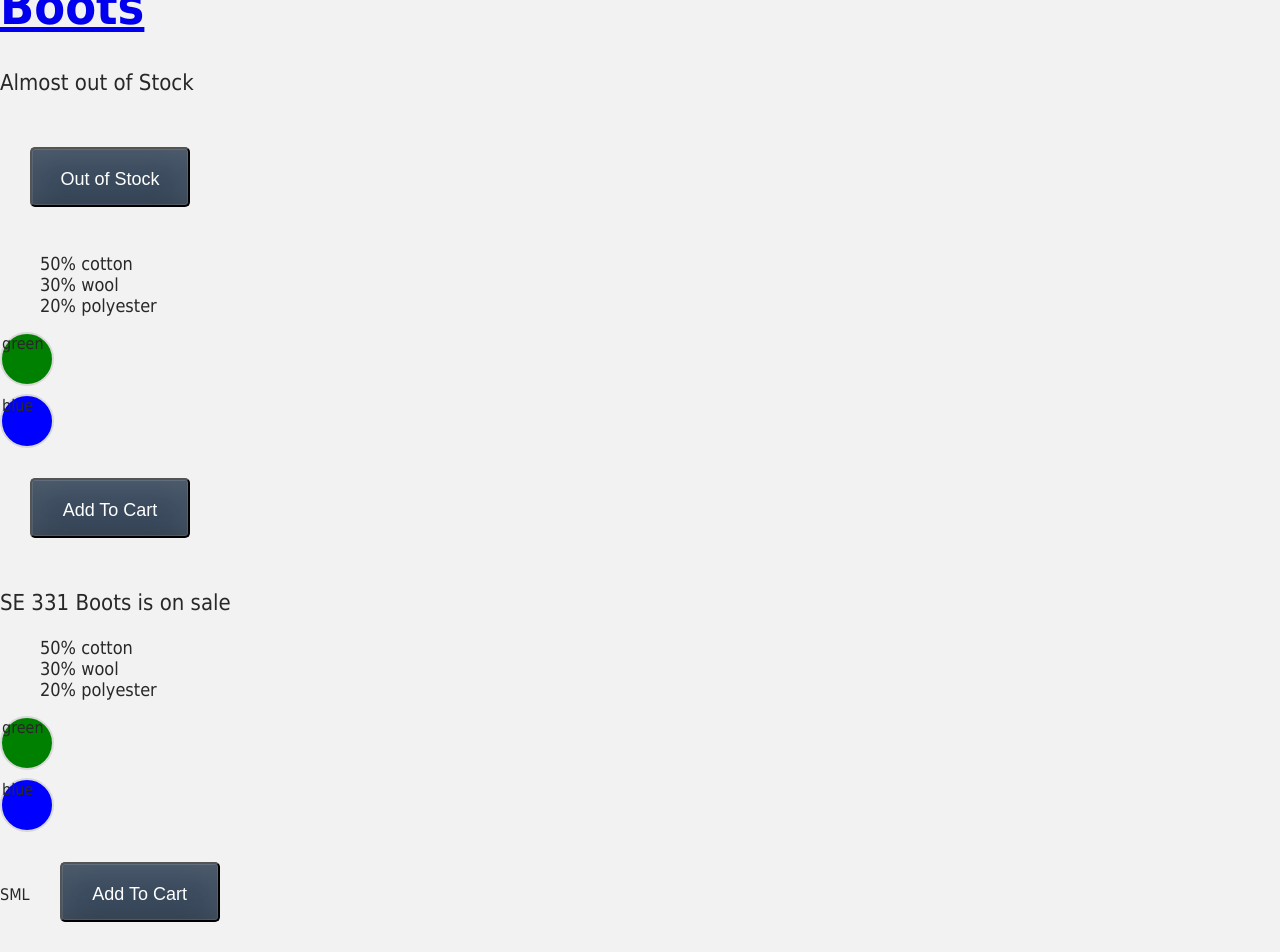
Repository: assassinhua/lab1
Page: index.html
These files come from the project's save history. The page is drawn as it stood at one moment and after the next save; the edit follows.
The browser window is 1280 px wide. The pictures show the part of the page from y = 517 to 1469 px (the page is 1469 px tall before and 1390 px after).
A picture or video elsewhere on the page could not be fetched, so the positions and the page height are approximate.

Above is the page before, as saved 2024-10-24 16:08:44.

### index.html
<!DOCTYPE html>
<html lang="en">

<head>
    <meta charset="UTF-8" />
    <title>Intro SE331</title>
    <!-- Import Styles -->
    <link rel="stylesheet" href="./assets/styles.css" />
    <!-- Import Vue.js -->
    <script src="https://unpkg.com/vue@3/dist/vue.global.js"></script>
</head>

<body>
    <div id="app">
        <div class="nav-bar"></div>
        <div class="cart">Cart({{cart}})</div>
        <div class="cart">Stock Status: <span>{{ inStock ? 'In Stock' : 'Out of Stock' }}</span></div>
        <div class="product-display">
            <div class="product-container">
                <div class="product-image">
                    <img :src="image" :class="{'out-of-stock-image':!inStock}" alt="product-image">
                </div>
            </div>
        </div>
        <div class="product-info">
            <h1>{{title}}</h1>
            <a :href="productUrl" target="_blank">
                <h1>{{product}}</h1>
            </a>
            <p v-if="inventory > 10">In Stock</p>
            <p v-else-if="inventory <= 10 && inventory > 0">Almost out of Stock</p>
            <p v-else>Out of Stock</p>
            <button class="button" @click="toggleInStock">
                {{ inStock ? 'Out of Stock' : ' In Stock' }}
            </button>
            <ul>
                                <li v-for="detail in details">{{detail}}</li>

                            </ul>
            <ul>
                <li v-for="size in sizes">{{size}}</li>
            </ul>
             <div v-for="(variant,index) in variants" :key="variant.id"
             @mouseover="updateVariant(index)"
             class="color-circle" :style="{backgroundColor: variant.color}">
                                {{ variant.color}}
            </div>


            <button class="button" :disabled='!inStock'
            @click="addToCart" :class="{disabledButton: !inStock}">Add To
                Cart</button>
            </div>

            <p v-if="onSale">{{isOnSale}}</p>
            <p v-else>not on sale</p>
            <ul>
                <li v-for="detail in details">{{detail}}</li>
            </ul>
            <div v-for="(variant,index) in variants" :key="variant.id" @mouseover="updateVariant(index)"
                class="color-circle" :style="{backgroundColor: variant.color}">
                {{ variant.color}}
            </div>
            <span v-for="productSize in productSizes" :key="productSize.id">
                {{ productSize.size}}
            </span>
            <button class="button" :disabled='!inStock' @click="addToCart" :class="{disabledButton: !inStock}">Add To
                Cart</button>


        </div>

    </div>

    <!-- Import Js -->
    <script src="./main.js"></script>
</body>

</html>

### assets/styles.css
body {
  background-color: #f2f2f2;
  margin: 0px;
  font-family: tahoma;
  color: #282828;
}

.button {
  margin: 30px;
  background-color: #39495c;
  border-radius: 5px;
  font-size: 18px;
  width: 160px;
  height: 60px;
  color: white;
  padding: 20px;
  box-shadow: inset 0 -0.6em 1em -0.35em rgba(0, 0, 0, 0.17),
    inset 0 0.6em 2em -0.3em rgba(255, 255, 255, 0.15),
    inset 0 0 0em 0.05em rgba(255, 255, 255, 0.12);
  text-align: center;
  cursor: pointer;
}

.cart {
  margin: 25px 100px;
  float: right;
  border: 1px solid #d8d8d8;
  padding: 10px 30px;
  background-color: white;
  -webkit-box-shadow: 0px 2px 15px -12px rgba(0, 0, 0, 0.57);
  -moz-box-shadow: 0px 2px 15px -12px rgba(0, 0, 0, 0.57);
  box-shadow: 2px 15px -12px rgba(0, 0, 0, 0.57);
}

.color-circle {
  width: 50px;
  height: 50px;
  margin-top: 8px;
  border: 2px solid #d8d8d8;
  border-radius: 50%;
}


.disabledButton {
  background-color: #d8d8d8;
  cursor: not-allowed;
}

h1 {
  font-size: 50px;
}

h3 {
  font-size: 25px;
}

img {
  border: 2px solid #d8d8d8;
  width: 70%;
  margin: 40px;
  padding: 15px;
  -webkit-box-shadow: 0px 2px 15px -12px rgba(0, 0, 0, 0.57);
  -moz-box-shadow: 0px 2px 15px -12px rgba(0, 0, 0, 0.57);
  box-shadow: 2px 15px -12px rgba(0, 0, 0, 0.57);
}

input {
  width: 100%;
  height: 40px;
  margin-bottom: 20px;
}

label {
  font-size: 20px;
  margin-bottom: 5px;
}

li {
  font-size: 18px;
}

.nav-bar {
  background: linear-gradient(-90deg, #84cf6a, #16c0b0);
  height: 60px;
  margin-bottom: 25px;
  -webkit-box-shadow: 0px 2px 15px -12px rgba(0, 0, 0, 0.57);
  -moz-box-shadow: 0px 2px 15px -12px rgba(0, 0, 0, 0.57);
  box-shadow: 1px 1px 5px rgba(0, 0, 0, 0.57);
}

.out-of-stock-image {
  filter: grayscale(100%); /* 这将使图片变为灰色 */
}

p {
  font-size: 22px;
}

.product-display {
  display: flex;
  flex-direction: column;
  padding: 1rem;
}

.product-container {
  display: flex;
  flex-direction: row;
  flex-wrap: wrap;
}

.product-image,
.product-info {
  width: 50%;
}

.review-form {
  display: flex;
  flex-direction: column;
  width: 425px;
  padding: 20px;
  margin: 40px;
  border: 2px solid #d8d8d8;
  background-color: white;
  -webkit-box-shadow: 0px 2px 15px -12px rgba(0, 0, 0, 0.57);
  -moz-box-shadow: 0px 2px 15px -12px rgba(0, 0, 0, 0.57);
  box-shadow: 2px 15px -12px rgba(0, 0, 0, 0.57);
}

.review-container {
  width: 425px;
  padding: 20px;
  background-color: white;
  -webkit-box-shadow: 0px 2px 20px -12px rgba(0, 0, 0, 0.57);
  -moz-box-shadow: 0px 2px 20px -12px rgba(0, 0, 0, 0.57);
  box-shadow: 2px 20px -12px rgba(0, 0, 0, 0.57);
  margin-left: 40px;
  border: 2px solid #d8d8d8;
}

.review-container li {
  margin-bottom: 30px;
}

.review-form .button {
  display: block;
  margin: 30px auto;
}

select {
  height: 40px;
  font-size: 20px;
  background-color: white;
  cursor: pointer;
}

textarea {
  width: 95%;
  height: 70px;
  padding: 10px;
  font-size: 20px;
  margin-bottom: 20px;
}

ul {
  list-style-type: none;
}

@media only screen and (max-width: 600px) {
  .container {
    flex-direction: column;
  }

  .product-image,
  .product-info {
    margin-left: 10px;
    width: 100%;
  }

  .review-form {
    width: 90%;
  }
}

### main.js
const { createApp, ref, computed } = Vue

createApp({
    setup() {
        const product = ref('Boots')
        const brand = ref('SE 331')
        const productUrl = 'http://www.camt.cmu.ac.th'
        const inventory = ref(5)
        const onSale = ref(true)
        const details = ref([
            '50% cotton',
            '30% wool',
            '20% polyester'
        ])
        const variants = ref([
            { id: 2234, color: 'green', image: './assets/images/socks_green.jpg', quantity: 50 },
            { id: 2235, color: 'blue', image: './assets/images/socks_blue.jpg', quantity: 0 }
        ])
        const selectedVariant = ref(0)
        const productSizes = ref([
            { id: 1, size: 'S' },
            { id: 2, size: 'M' },
            { id: 3, size: 'L' },
        ])
        const cart = ref(0)
        function addToCart() {
            cart.value += 1
        }
        const title = computed(() => {
            return brand.value + ' ' + product.value
        })
        const isOnSale = computed(() => {
            return brand.value + ' ' + product.value + ' ' + 'is on sale'
        })
        function updateImage(variantImage) {
            image.value = variantImage
        }
        function updateVariant(index) {
            selectedVariant.value = index;
        }
        const image = computed(() => {
            return variants.value[selectedVariant.value].image
        })
        const inStock = computed(() => {
            return variants.value[selectedVariant.value].quantity
        })
        const toggleInStock = () => {
            const currentVariant = variants.value[selectedVariant.value];
            currentVariant.quantity = currentVariant.quantity > 0 ? 0 : 50;
        }
        return {
            product,
            brand,
            title,
            isOnSale,
            image,
            productUrl,
            inStock,
            inventory,
            onSale,
            details,
            variants,
            selectedVariant,
            productSizes,
            cart,
            addToCart,
            updateImage,
            toggleInStock,
            updateVariant

        }
    }

}).mount('#app')

After the next save:
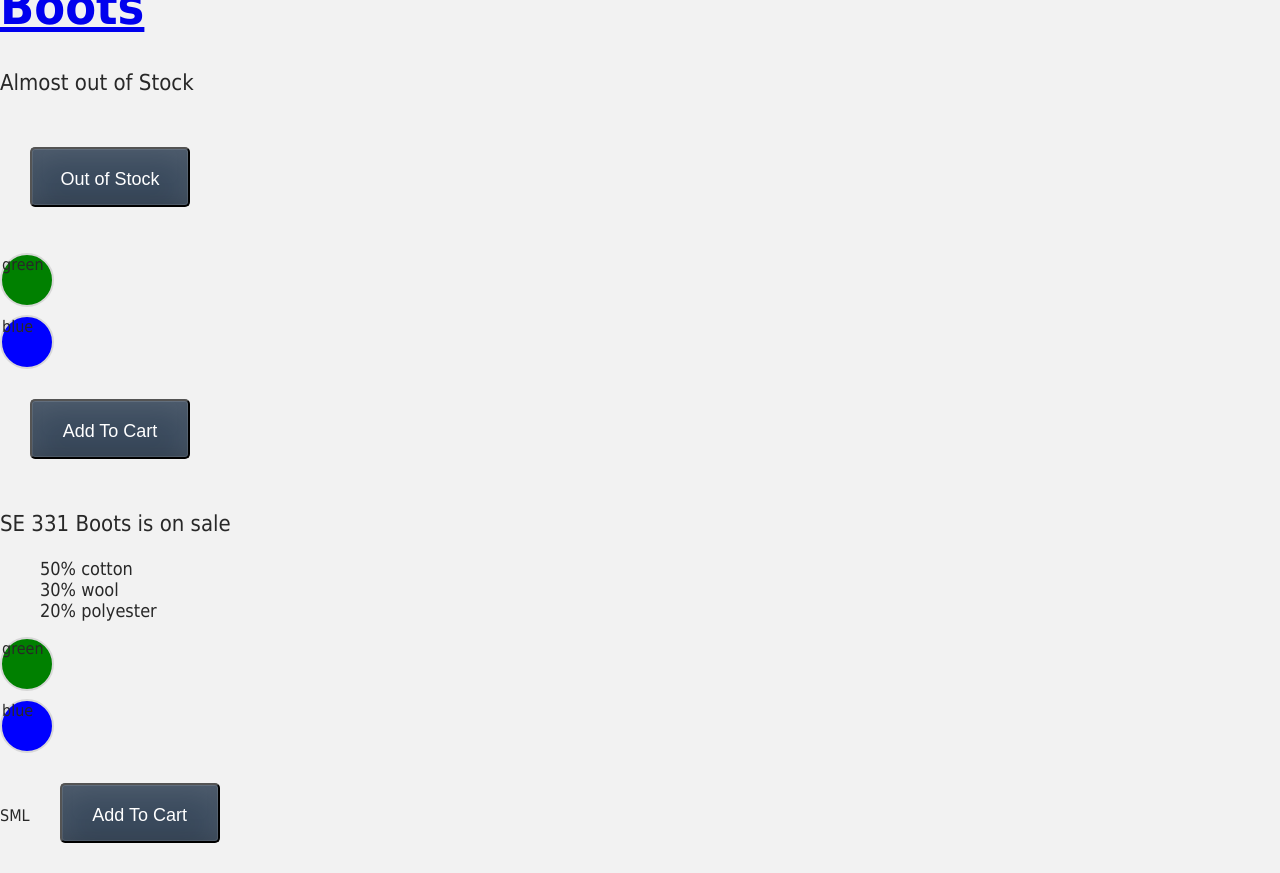
Saved 20 s later.
--- a/index.html
+++ b/index.html
@@ -34,7 +34,7 @@
                 {{ inStock ? 'Out of Stock' : ' In Stock' }}
             </button>
             <ul>
-                                <li v-for="detail in details">{{detail}}</li>
+
 
                             </ul>
             <ul>
